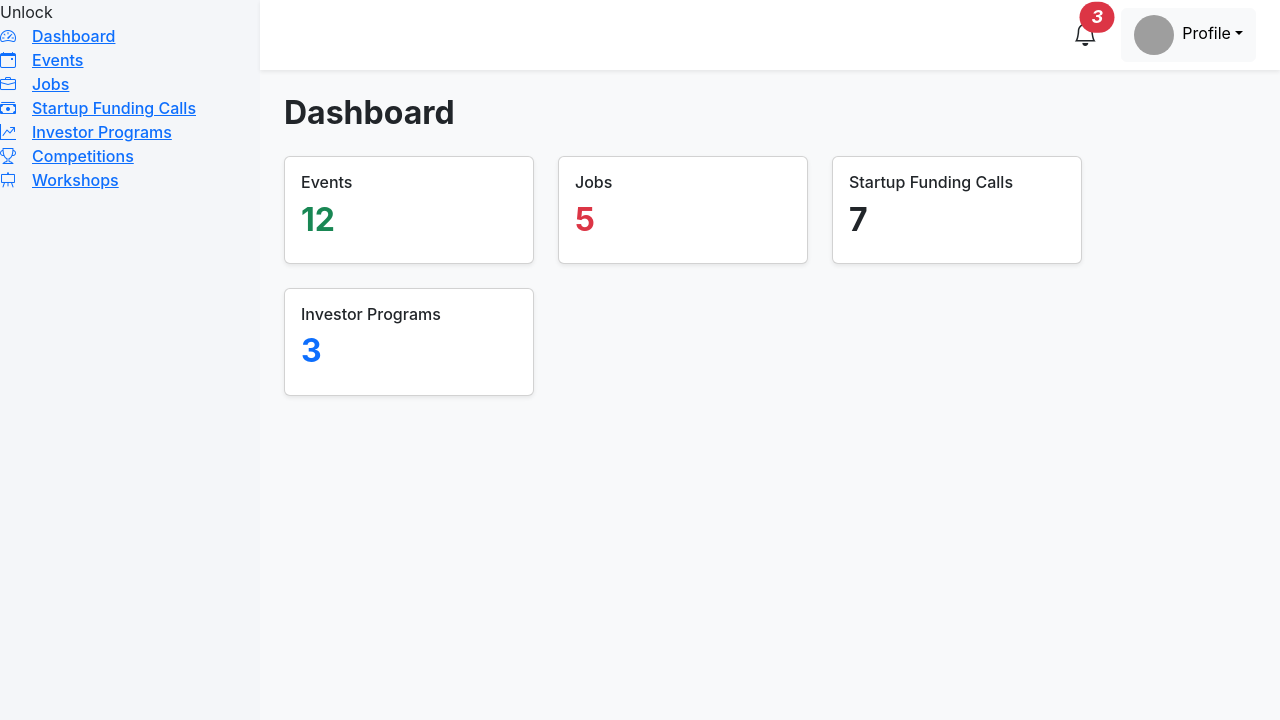
Repository: avmaurya07/unlock-dashboard
Page: /dashboard/publisher
These files come from the project's save history. The page is drawn as it stood at one moment and after the next save; the edit follows.
The browser window is 1280 px wide. The pictures show the whole page.
Pictures or frames that could not be fetched are drawn as grey boxes. The project was rebuilt for these pictures with package versions that can differ from the ones it lists, and the page was loaded fresh each time. Also part of the build but not shown: vite.config.js, src/pages/Login.jsx, src/components/DashboardCard.jsx, src/pages/Events.jsx, src/pages/Jobs.jsx, src/pages/FundingCalls.jsx, src/pages/InvestorPrograms.jsx, src/pages/Competitions.jsx and 6 more.

Above is the page before, as saved 2025-12-28 17:14:58.

After the next save:
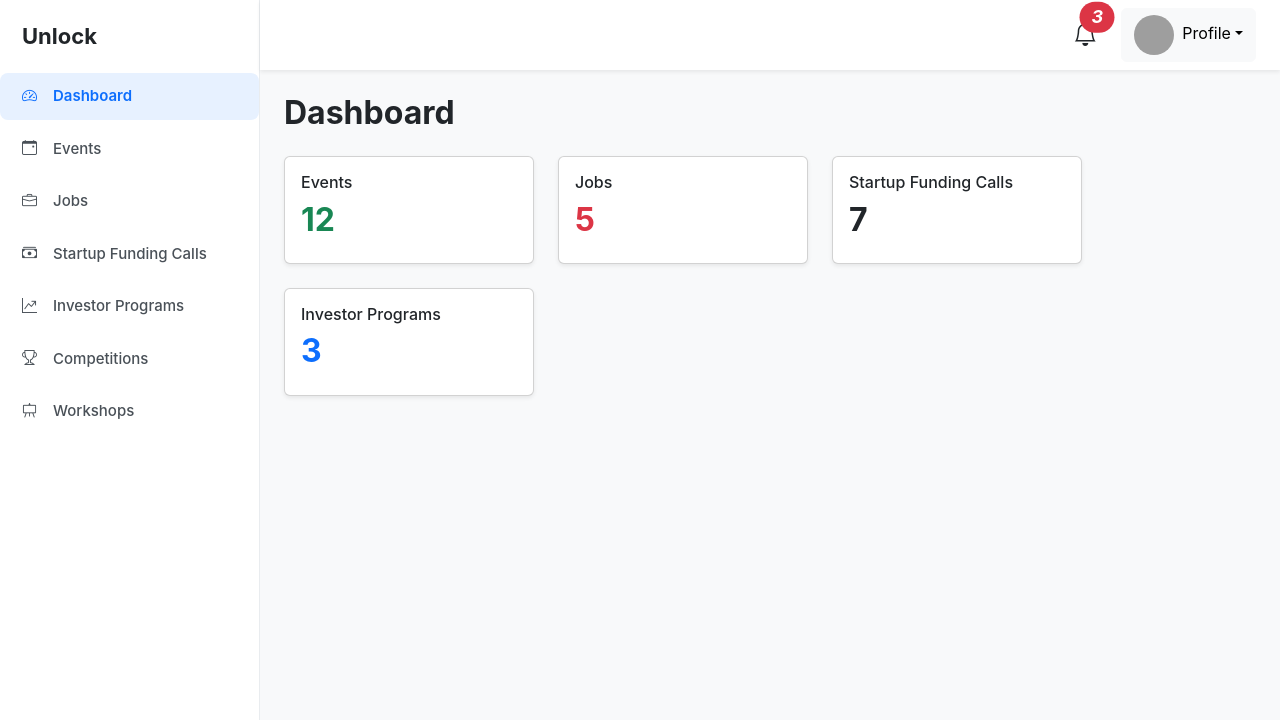
Saved 15 s later.
--- a/src/styles/theme.css
+++ b/src/styles/theme.css
@@ -37,3 +37,48 @@ h1, h2, h3, h4, h5 {
   transform: translateY(-2px);
   box-shadow: 0 4px 14px rgba(0, 0, 0, 0.12);
 }
+
+
+/* ===== Sidebar Ventic Style ===== */
+
+.sidebar-container {
+  width: 260px;
+  min-height: 100vh;
+  background: #ffffff;
+  padding-top: 20px;
+  border-right: 1px solid #e9ecef;
+}
+
+.sidebar-header {
+  font-size: 22px;
+  font-weight: 700;
+  padding: 0 22px;
+  margin-bottom: 20px;
+}
+
+.sidebar-menu li {
+  margin-bottom: 6px;
+}
+
+.sidebar-link {
+  display: flex;
+  align-items: center;
+  padding: 12px 22px;
+  font-size: 15px;
+  text-decoration: none;
+  color: #495057;
+  font-weight: 500;
+  border-radius: 8px;
+  transition: all 0.15s ease;
+}
+
+.sidebar-link:hover {
+  background: #f1f3f5;
+  color: #000;
+}
+
+.sidebar-link.active {
+  background: #e7f1ff;
+  color: #0d6efd !important;
+  font-weight: 600;
+}
